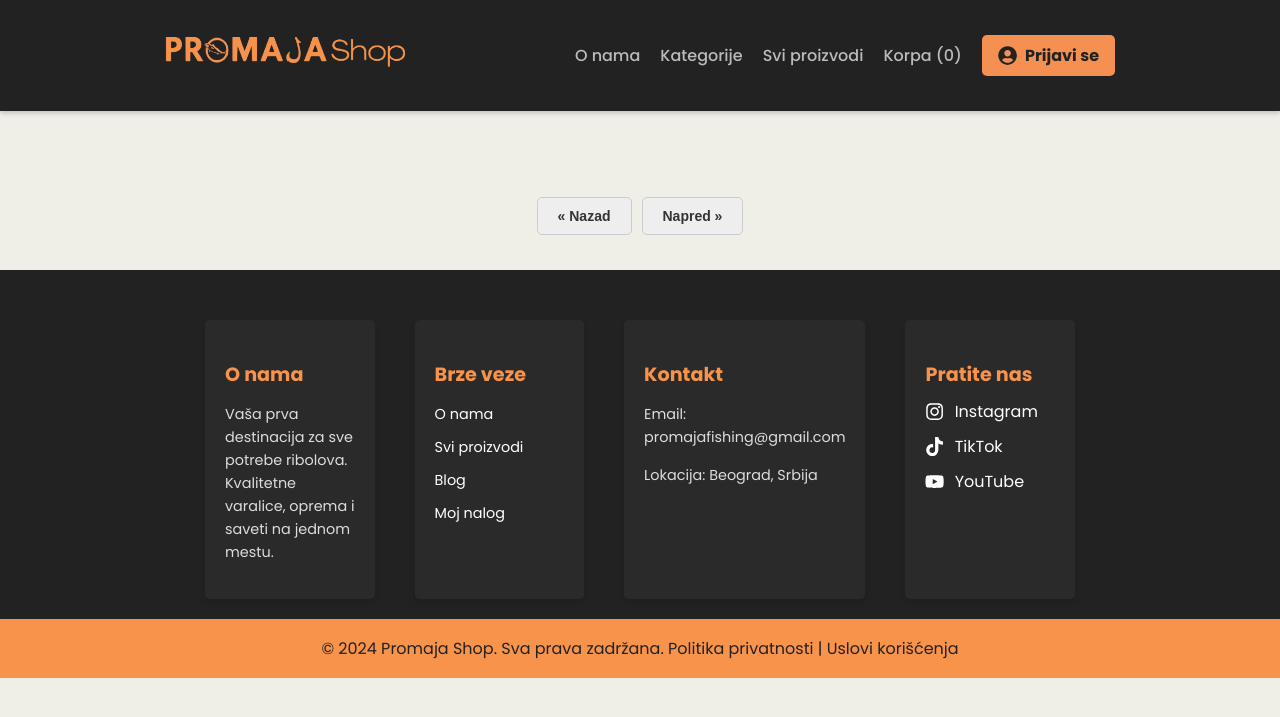
Repository: dimitrijekokovic/PromajaShopFront
Page: /products
An editor plug-in stored every save of this project. The page is shown before and after the next save, followed by the edit.
The browser window is 1280 px wide. The pictures show the whole page.
The page's requests for data from a server got no answer. The project was rebuilt for these pictures with package versions that can differ from the ones it lists, and the page was loaded fresh each time. The framework's server and built-in components were replaced by stand-ins that run in the browser. No one was signed in, and anything a server would have sent is missing. Also part of the build but not shown: next.config.js, next.config.mjs, lib/colors.js, components/Button.js, components/icons/CartIcon.js, components/ProductBox.js.

Above is the page before, as saved 2025-01-25 01:42:06.

### pages/_app.js
import React, { useEffect } from "react";
import { SessionProvider } from "next-auth/react";
import { CartContextProvider } from "@/components/CartContext";
import AOS from "aos";
import "aos/dist/aos.css";
import { AnimatePresence, motion } from "framer-motion";
import { createGlobalStyle } from "styled-components";


const GlobalStyles = createGlobalStyle`
  body {
    background-color: #EFEFE8;
    padding: 0;
    margin: 0;
    font-family: 'Poppins', sans-serif;
  }
`;

export default function App({ Component, pageProps, router }) {
  useEffect(() => {
    AOS.init({
      duration: 1200, // Trajanje animacija
      once: true, // Animacije se dešavaju samo jednom
    });
  }, []);

  return (
    <>
    <GlobalStyles />
    <SessionProvider session={pageProps.session}>
      <CartContextProvider>
        <AnimatePresence mode="wait">
          <motion.div
             key={router.route}
             initial={{ opacity: 0, }}
             animate={{ opacity: 1, }}
             exit={{ opacity: 0 }}
             transition={{ duration: 0.3 }}
          >
            <Component {...pageProps} />
          </motion.div>
        </AnimatePresence>
      </CartContextProvider>
    </SessionProvider>
    </>
  );
}

### pages/_document.js
import Document, { Html, Head, Main, NextScript } from "next/document";
import { ServerStyleSheet } from "styled-components";

export default class MyDocument extends Document {
  static async getInitialProps(ctx) {
    const sheet = new ServerStyleSheet();
    const originalRenderPage = ctx.renderPage;

    try {
      ctx.renderPage = () =>
        originalRenderPage({
          enhanceApp: (App) => (props) =>
            sheet.collectStyles(<App {...props} />),
        });

      const initialProps = await Document.getInitialProps(ctx);
      return {
        ...initialProps,
        styles: (
          <>
            {initialProps.styles}
            {sheet.getStyleElement()}
          </>
        ),
      };
    } finally {
      sheet.seal();
    }
  }

  render() {
    return (
      <Html lang="en">
        <Head>
          <link
            href="https://fonts.googleapis.com/css2?family=Poppins:wght@400;500;700&display=swap'"
            rel="stylesheet"
          />
        </Head>
        <body>
          <Main />
          <NextScript />
        </body>
      </Html>
    );
  }
}

### pages/products.js
import { useEffect, useState } from "react";
import { useRouter } from "next/router";
import axios from "axios";
import styled from "styled-components";
import ProductsGrid from "@/components/ProductsGrid";
import Center from "@/components/Center";
import Title from "@/components/Title";
import Header from "@/components/Header";
import Footer from "@/components/Footer";

const Pagination = styled.div`
  display: flex;
  justify-content: center;
  align-items: center;
  margin-top: 20px;
  flex-wrap: wrap;

  .pagination-buttons {
    display: flex;
    flex-wrap: wrap;
    gap: 5px;
    justify-content: center;
  }

  button {
    margin: 5px;
    padding: 10px 15px;
    background-color: #eee;
    border: 1px solid #ccc;
    border-radius: 5px;
    cursor: pointer;
    font-size: 14px;
    color: #333;

    &:hover {
      background-color: #ddd;
    }

    &.active {
      background-color: #f59051;
      color: #fff;

      @media (max-width: 768px) {
        background-color: #f58040;
      }
    }

    &.nav-button {
      font-weight: bold;
      padding: 10px 20px;
    }
  }
`;

export default function ProductsPage() {
  const [products, setProducts] = useState([]);
  const [categoryName, setCategoryName] = useState("");
  const [currentPage, setCurrentPage] = useState(1);
  const [isMobile, setIsMobile] = useState(false);
  const router = useRouter();
  const { category } = router.query;

  const productsPerPage = isMobile ? 5 : 8;

  useEffect(() => {
    const handleResize = () => {
      setIsMobile(window.innerWidth <= 768);
    };

    handleResize();
    window.addEventListener("resize", handleResize);
    return () => window.removeEventListener("resize", handleResize);
  }, []);

  useEffect(() => {
    if (category) {
      axios.get(`/api/products?category=${category}`).then((res) => {
        setProducts(res.data);
        setCategoryName(category.charAt(0).toUpperCase() + category.slice(1));
      });
    } else {
      axios.get("/api/products").then((res) => {
        setProducts(res.data);
        setCategoryName("Svi Proizvodi");
      });
    }
  }, [category]);

  const totalPages = Math.ceil(products.length / productsPerPage);
  const startIndex = (currentPage - 1) * productsPerPage;
  const endIndex = startIndex + productsPerPage;
  const currentProducts = products.slice(startIndex, endIndex);

  const handlePageChange = (page) => {
    if (page > 0 && page <= totalPages) {
      setCurrentPage(page);
    }
  };

  const maxButtonsToShow = 5;
  const halfRange = Math.floor(maxButtonsToShow / 2);

  const getVisiblePages = () => {
    let startPage = Math.max(currentPage - halfRange, 1);
    let endPage = Math.min(startPage + maxButtonsToShow - 1, totalPages);

    if (endPage - startPage < maxButtonsToShow - 1) {
      startPage = Math.max(endPage - maxButtonsToShow + 1, 1);
    }

    return Array.from({ length: endPage - startPage + 1 }, (_, i) => startPage + i);
  };

  return (
    <>
      <Header />
      <Center>
        <Title>{categoryName}</Title>
        <ProductsGrid products={currentProducts} />
        <Pagination>
          <button
            className="nav-button"
            onClick={() => handlePageChange(currentPage - 1)}
            disabled={currentPage === 1}
          >
            &#171; Nazad
          </button>
          <div className="pagination-buttons">
            {getVisiblePages().map((page) => (
              <button
                key={page}
                onClick={() => handlePageChange(page)}
                className={currentPage === page ? "active" : ""}
              >
                {page}
              </button>
            ))}
          </div>
          <button
            className="nav-button"
            onClick={() => handlePageChange(currentPage + 1)}
            disabled={currentPage === totalPages}
          >
            Napred &#187;
          </button>
        </Pagination>
      </Center>
      <Footer />
    </>
  );
}

### components/CartContext.js
// CartContext.js
import { createContext, useEffect, useState, useContext } from "react";

export const CartContext = createContext({});

export function CartContextProvider({ children }) {
  const ls = typeof window !== "undefined" ? window.localStorage : null;
  const [cartProducts, setCartProducts] = useState([]);
  const [user, setUser] = useState(null);

  // Učitavanje podataka o korisniku iz localStorage prilikom inicijalizacije
  useEffect(() => {
    if (ls && ls.getItem("user")) {
      try {
        const storedUser = ls.getItem("user");
        if (storedUser !== "undefined") {
          const parsedUser = JSON.parse(storedUser);
          if (parsedUser?.email) {
            setUser(parsedUser); // Postavi korisnika samo ako je validan
          } else {
            console.warn("Neispravan korisnik u localStorage, uklanjam.");
            ls.removeItem("user");
          }
        } else {
          console.warn("Stored user je undefined, preskačem parsing.");
        }
      } catch (error) {
        console.error("Greška prilikom parsiranja korisnika iz localStorage:", error);
        ls.removeItem("user");
      }
    }
  }, []);

  // Učitavanje proizvoda u korpi iz localStorage
  useEffect(() => {
    if (cartProducts?.length > 0) {
      ls?.setItem("cart", JSON.stringify(cartProducts));
    } else {
      ls?.removeItem("cart"); // Ako je korpa prazna, ukloni je iz localStorage
    }
  }, [cartProducts]);

  function addProduct(productId) {
    setCartProducts((prev) => [...prev, productId]);
  }

  function removeProduct(productId) {
    setCartProducts((prev) => {
      const pos = prev.indexOf(productId);
      if (pos !== -1) {
        return prev.filter((_, index) => index !== pos);
      }
      return prev;
    });
  }

  function clearCart() {
    setCartProducts([]);
    ls?.removeItem("cart"); // Obriši korpu iz localStorage
  }

  return (
    <CartContext.Provider
      value={{
        cartProducts,
        setCartProducts,
        addProduct,
        removeProduct,
        clearCart,
        user,
        setUser,
      }}
    >
      {children}
    </CartContext.Provider>
  );
}

export function useCart() {
  return useContext(CartContext);
}

### components/ProductsGrid.js
import styled from "styled-components";
import ProductBox from "./ProductBox";

const StyledProductsGrid = styled.div`
  display: grid;
  grid-template-columns: repeat(4, 1fr);
  gap: 20px;
  padding-bottom: 40px;

  @media (max-width: 768px) {
    grid-template-columns: repeat(2, 1fr);
    gap: 25px;
  }

  @media (max-width: 480px) {
    grid-template-columns: 1fr;
    gap: 10px;
    padding: 0 25px; /* Razmak sa strane */
  }
`;

export default function ProductsGrid({ products }) {
  return (
    <StyledProductsGrid>
      {products?.length > 0 &&
        products.map((product) => <ProductBox key={product._id} {...product} />)}
    </StyledProductsGrid>
  );
}

### components/Center.js
import { Children } from "react";
import styled from "styled-components";

const StyledDiv = styled.div`
  max-width: 950px;
  margin: 0 auto;
  padding: 0 ;
`;

export default function Center({ children }) {
  return (
    <StyledDiv>{children}</StyledDiv>
  );
}

### components/Title.js
const { default: styled } = require("styled-components");

const Title = styled.h1`
    font-size:2rem;
`;
export default Title;

### components/Header.js
import Link from "next/link";
import styled from "styled-components";
import Center from "./Center";
import Image from "next/image";
import { CartContext } from "./CartContext";
import { useContext, useState, useEffect } from "react";
import { FaUserCircle } from "react-icons/fa";
import CategoriesDropdown from "./CategoriesDropdown";

const StyledHeader = styled.header`
  background-color: #222;
  color: #FFA500;
  padding: 35px 25px;
  box-shadow: 0 2px 5px rgba(0, 0, 0, 0.2);
`;

const Wrapper = styled.div`
  display: flex;
  justify-content: space-between;
  align-items: center;
`;

const StyledNav = styled.nav`
  display: flex;
  gap: 20px;
  align-items: center;

  @media (max-width: 768px) {
    display: ${(props) => (props.open ? "flex" : "none")};
    flex-direction: column;
    position: absolute;
    top: 70px;
    left: 0;
    right: 0;
    background-color: #222;
    padding: 20px;
    border-radius: 0 0 10px 10px;
    z-index: 10;
    box-shadow: 0 2px 5px rgba(0, 0, 0, 0.3);
  }
`;

const NavLink = styled(Link)`
  color: #bbbbbb;
  text-decoration: none;
  font-size: 16px;
  font-weight: 500;
  line-height: 40px;
  display: flex;
  align-items: center;
  transition: color 0.3s ease;

  &:hover {
    color: #fff;
  }
`;

const LoginButton = styled(Link)`
  display: flex;
  align-items: center;
  justify-content: center;
  padding: 8px 16px;
  background-color: #f39052;
  color: #222222;
  text-decoration: none;
  border-radius: 5px;
  font-weight: bold;
  font-size: 16px;
  transition: background-color 0.3s ease;

  &:hover {
    background-color: #e69500;
  }

  svg {
    margin-right: 8px;
    font-size: 1.2rem;
  }
`;

const HamburgerMenu = styled.div`
  display: none;
  flex-direction: column;
  gap: 5px;
  cursor: pointer;

  div {
    width: 25px;
    height: 3px;
    background-color: #fff;
    border-radius: 2px;
  }

  @media (max-width: 768px) {
    display: flex;
  }
`;

const LogoWrapper = styled.div`
  max-width: 150px;

  @media (max-width: 768px) {
    max-width: 120px;
  }

  img {
    width: 100%;
    height: auto;
  }
`;

export default function Header() {
  const { cartProducts } = useContext(CartContext);
  const [isLoggedIn, setIsLoggedIn] = useState(false);
  const [menuOpen, setMenuOpen] = useState(false);

  useEffect(() => {
    const token = localStorage.getItem("token");
    setIsLoggedIn(!!token);
  }, []);

  return (
    <StyledHeader>
      <Center>
        <Wrapper>
          <Link href="/">
            <Image
              src="/logo.png"
              alt="PromajaShop Logo"
              width={240}
              height={30}
              priority
            />
          </Link>
          <HamburgerMenu onClick={() => setMenuOpen(!menuOpen)}>
            <div />
            <div />
            <div />
          </HamburgerMenu>
          <StyledNav open={menuOpen}>
            <NavLink href="/aboutus">O nama</NavLink>
            <CategoriesDropdown />
            <NavLink href="/products">Svi proizvodi</NavLink>
            <NavLink href="/cart">Korpa ({cartProducts?.length || 0})</NavLink>

            {isLoggedIn ? (
              <LoginButton href="/account">
                <FaUserCircle /> Moj nalog
              </LoginButton>
            ) : (
              <LoginButton href="/login">
                <FaUserCircle /> Prijavi se
              </LoginButton>
            )}
          </StyledNav>
        </Wrapper>
      </Center>
    </StyledHeader>
  );
}

### components/Footer.js
import Link from "next/link";
import styled from "styled-components";
import { FaInstagram, FaYoutube, FaTiktok } from "react-icons/fa";
import Center from "./Center";

const FooterContainer = styled.footer`
  background-color: #222;
  color: #fff;
  padding-top: 30px;
  margin-top:30px;
`;

const FooterContent = styled.div`
  display: grid;
  grid-template-columns: repeat(4, 1fr);
  gap: 40px;
  max-width: 1200px;
  margin: 0 auto;
  padding: 20px 40px;

  @media (max-width: 768px) {
    grid-template-columns: repeat(2, 1fr);
    gap: 20px;
  }

  @media (max-width: 480px) {
    grid-template-columns: 1fr;
    gap: 10px;
  }
`;


const FooterSection = styled.div`
  background-color: #2a2a2a; /* Tamnija pozadina unutar sekcija */
  padding: 20px;
  border-radius: 5px; /* Blagi zaobljeni uglovi */
  box-shadow: 0 4px 6px rgba(0, 0, 0, 0.1); /* Blagi efekat senke */

  h3 {
    margin-bottom: 10px;
    font-size: 1.2rem;
    text-align: left;
    color: #f7934b; /* Narandžasta za naslove */
  }

  p, ul {
    font-size: 0.9rem;
    line-height: 1.6;
    text-align: left;
    color: #ddd; /* Svetliji tekst */
  }

  ul {
    list-style: none;
    padding: 0;
  }

  li {
    margin-bottom: 10px;

    a {
      color: #fff;
      text-decoration: none;
      transition: color 0.3s ease; /* Tranzicija za hover efekat */

      &:hover {
        color: #ff6600; /* Promena boje na hover */
      }
    }
  }
`;

const SocialLinks = styled.div`
  display: flex;
  flex-direction: column;
  align-items: flex-start;

  a {
    display: flex;
    align-items: center;
    gap: 10px;
    margin-bottom: 10px;
    color: #fff;
    text-decoration: none;
    transition: color 0.3s ease; /* Tranzicija za hover efekat */

    &:hover {
      color: #f7934b; /* Promena boje na hover */
    }

    svg {
      font-size: 1.2rem;
    }
  }
`;


const LegalSection = styled.div`
  background-color: #f7934b;
  text-align: center;
  padding: 1px;
  color: #222222;
  font-size: 1rem; /* Povećan font */

  a {
    color: #222222;
    text-decoration: none;

    &:hover {
      text-decoration: underline;
    }
  }
`;

export default function Footer() {
    return (
      <FooterContainer>
        <Center>
        <FooterContent>
          <FooterSection>
            <h3>O nama</h3>
            <p>
              Vaša prva destinacija za sve potrebe ribolova. Kvalitetne varalice,
              oprema i saveti na jednom mestu.
            </p>
          </FooterSection>

          {/* Linkovi */}
          <FooterSection>
            <h3>Brze veze</h3>
            <ul>
              <li>
                <Link href="/aboutus" legacyBehavior>
                  <a>O nama</a>
                </Link>
              </li>
              <li>
                <Link href="/products" legacyBehavior>
                  <a>Svi proizvodi</a>
                </Link>
              </li>
              <li>
                <Link href="/blog" legacyBehavior>
                  <a>Blog</a>
                </Link>
              </li>
              <li>
                <Link href="/account" legacyBehavior>
                  <a>Moj nalog</a>
                </Link>
              </li>
            </ul>
          </FooterSection>

          {/* Kontakt informacije */}
          <FooterSection>
          <h3>Kontakt</h3>
          <p>Email: promajafishing@gmail.com</p>
          <p>Lokacija: Beograd, Srbija</p>
          </FooterSection>

          {/* Društvene mreže */}
          <FooterSection>
            <h3>Pratite nas</h3>
            <SocialLinks>
            <Link  href="https://www.instagram.com/promajafishing/" legacyBehavior>
                <a target="_blank">
                  <FaInstagram /> Instagram
                </a>
              </Link>
              <Link href="https://www.tiktok.com/@promajafishing?lang=en" legacyBehavior>
                <a target="_blank">
                  <FaTiktok /> TikTok
                </a>
              </Link>

              <Link href="https://www.youtube.com/@PromajaFishing" legacyBehavior>
                <a target="_blank">
                  <FaYoutube /> YouTube
                </a>
              </Link>
            </SocialLinks>
          </FooterSection>
        </FooterContent>
        </Center>
        {/* Pravna napomena */}
        <LegalSection>
          <p>
            &copy; 2024 Promaja Shop. Sva prava zadržana.{" "}
            <Link href="/privatnost" legacyBehavior>
              <a>Politika privatnosti</a>
            </Link>{" "}
            |{" "}
            <Link href="/uslovi" legacyBehavior>
              <a>Uslovi korišćenja</a>
            </Link>
          </p>
        </LegalSection>
      </FooterContainer>
    );
  }

Loaded but not shown: components/CategoriesDropdown.js (276 lines, source omitted)

After the next save:
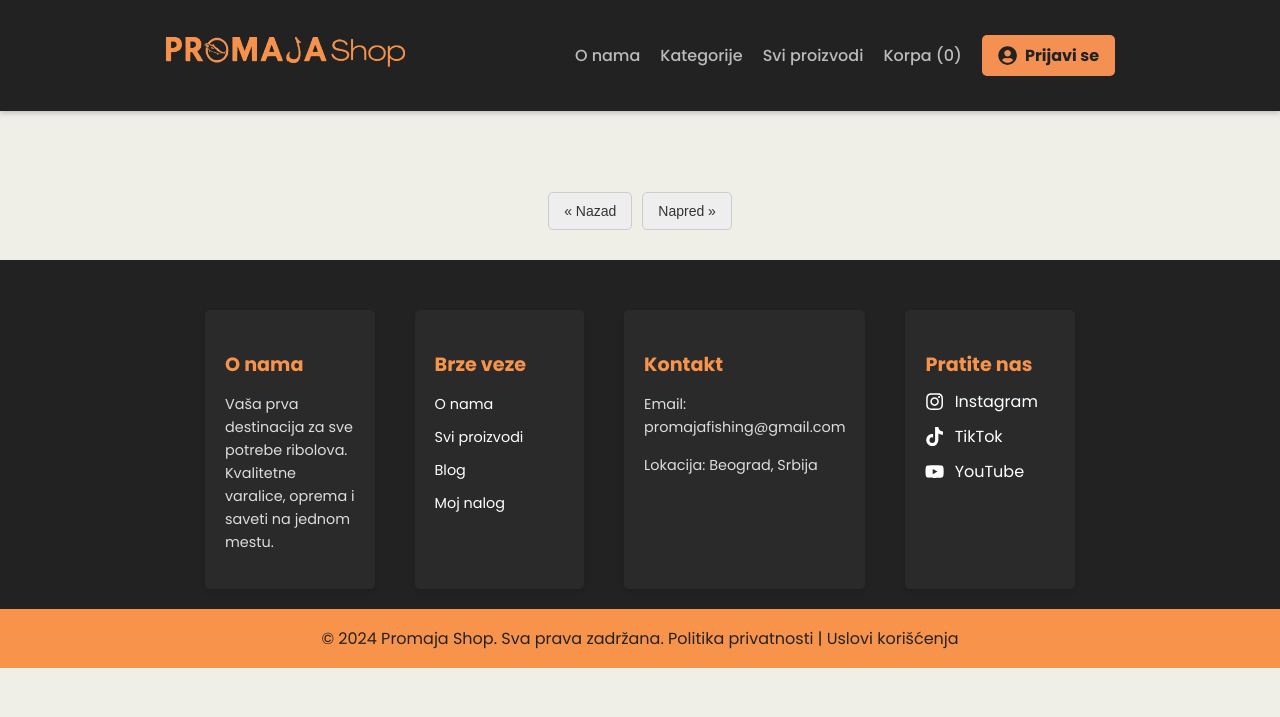
Saved 4 min 10 s later.
--- a/pages/products.js
+++ b/pages/products.js
@@ -13,17 +13,9 @@ const Pagination = styled.div`
   justify-content: center;
   align-items: center;
   margin-top: 20px;
-  flex-wrap: wrap;
-
-  .pagination-buttons {
-    display: flex;
-    flex-wrap: wrap;
-    gap: 5px;
-    justify-content: center;
-  }
 
   button {
-    margin: 5px;
+    margin: 0 5px;
     padding: 10px 15px;
     background-color: #eee;
     border: 1px solid #ccc;
@@ -45,9 +37,10 @@ const Pagination = styled.div`
       }
     }
 
-    &.nav-button {
-      font-weight: bold;
-      padding: 10px 20px;
+    &.dots {
+      background-color: transparent;
+      border: none;
+      cursor: default;
     }
   }
 `;
@@ -97,18 +90,22 @@ export default function ProductsPage() {
     }
   };
 
-  const maxButtonsToShow = 5;
-  const halfRange = Math.floor(maxButtonsToShow / 2);
+  const getVisiblePages = () => {
+    const pages = [];
 
-  const getVisiblePages = () => {
-    let startPage = Math.max(currentPage - halfRange, 1);
-    let endPage = Math.min(startPage + maxButtonsToShow - 1, totalPages);
-
-    if (endPage - startPage < maxButtonsToShow - 1) {
-      startPage = Math.max(endPage - maxButtonsToShow + 1, 1);
+    if (totalPages <= 3) {
+      for (let i = 1; i <= totalPages; i++) {
+        pages.push(i);
+      }
+    } else {
+      if (currentPage > 1) pages.push(1);
+      if (currentPage > 2) pages.push("...");
+      pages.push(currentPage);
+      if (currentPage < totalPages - 1) pages.push("...");
+      if (currentPage < totalPages) pages.push(totalPages);
     }
 
-    return Array.from({ length: endPage - startPage + 1 }, (_, i) => startPage + i);
+    return pages;
   };
 
   return (
@@ -119,25 +116,27 @@ export default function ProductsPage() {
         <ProductsGrid products={currentProducts} />
         <Pagination>
           <button
-            className="nav-button"
             onClick={() => handlePageChange(currentPage - 1)}
             disabled={currentPage === 1}
           >
             &#171; Nazad
           </button>
-          <div className="pagination-buttons">
-            {getVisiblePages().map((page) => (
+          {getVisiblePages().map((page, index) =>
+            page === "..." ? (
+              <button key={index} className="dots">
+                ...
+              </button>
+            ) : (
               <button
-                key={page}
+                key={index}
                 onClick={() => handlePageChange(page)}
                 className={currentPage === page ? "active" : ""}
               >
                 {page}
               </button>
-            ))}
-          </div>
+            )
+          )}
           <button
-            className="nav-button"
             onClick={() => handlePageChange(currentPage + 1)}
             disabled={currentPage === totalPages}
           >
